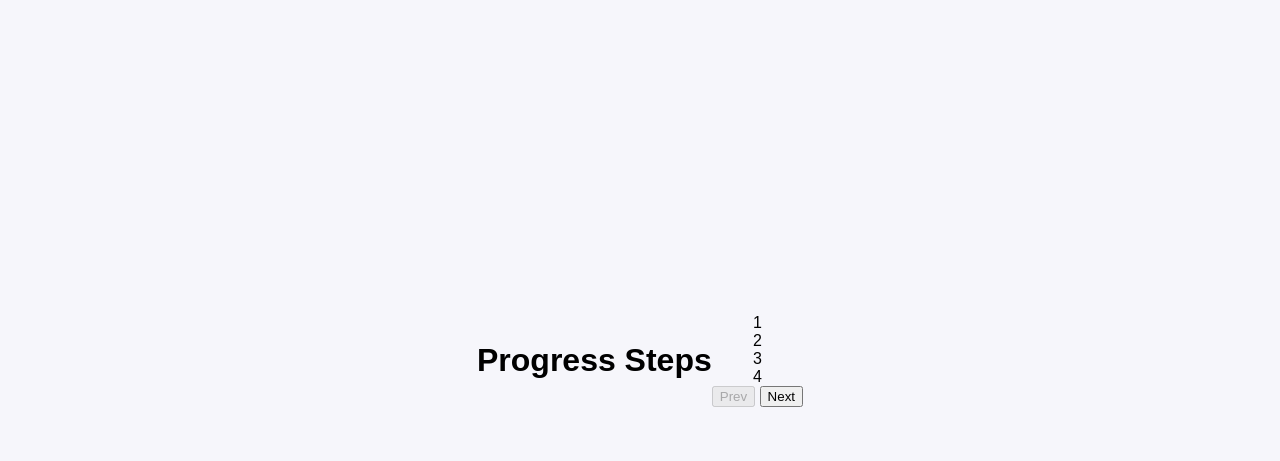
Repository: thecoachanna/progress-step-bar
Page: index.html
The author's editor kept a copy of each file at every save. The page is drawn from the files as they stood at one save, then again after a run of saves.
The browser window is 1280 px wide. The pictures show the whole page.
Some web fonts or font styles are not loaded; a fallback is used.

Above is the page before, as saved 2023-02-15 16:00:28.

### index.html
<!DOCTYPE html>
<html lang="en">
<head>
    <meta charset="UTF-8">
    <meta http-equiv="X-UA-Compatible" content="IE=edge">
    <meta name="viewport" content="width=device-width, initial-scale=1.0">
    <link rel="stylesheet" href="style.css">
    <title>Progress Steps</title>
</head>
<body>
    <h1>Progress Steps</h1>

    <div class="container">
        <div class="progress-container">
            <div class="progress" id="progress"></div>
            <div class="circle active">1</div>
            <div class="circle">2</div>
            <div class="circle">3</div>
            <div class="circle">4</div>
        </div>
        <button class="btn" id="prev" disabled>Prev</button>
        <button class="btn" id="next">Next</button>
    </div>


    <script src="script.js"></script>
</body>
</html>

### style.css
@import url('https://fonts.googleapis.com/css?family=Muli&display=swap');


* {
    box-sizing: border-box;
}

body {
    background-color: #f6f6fb;
    font-family: 'Muli', sans-serif;
    display: flex;
    align-items: center;
    justify-content: center;
    height: 100vh;
    overflow: hidden;
    margin: 0;
}

.container {
    text-align: center;
}

.progress-container {
    justify-content: space-between;
}

Loaded but not shown: script.js (no copy from this time; the picture is the same without it)

After the next 10 saves:
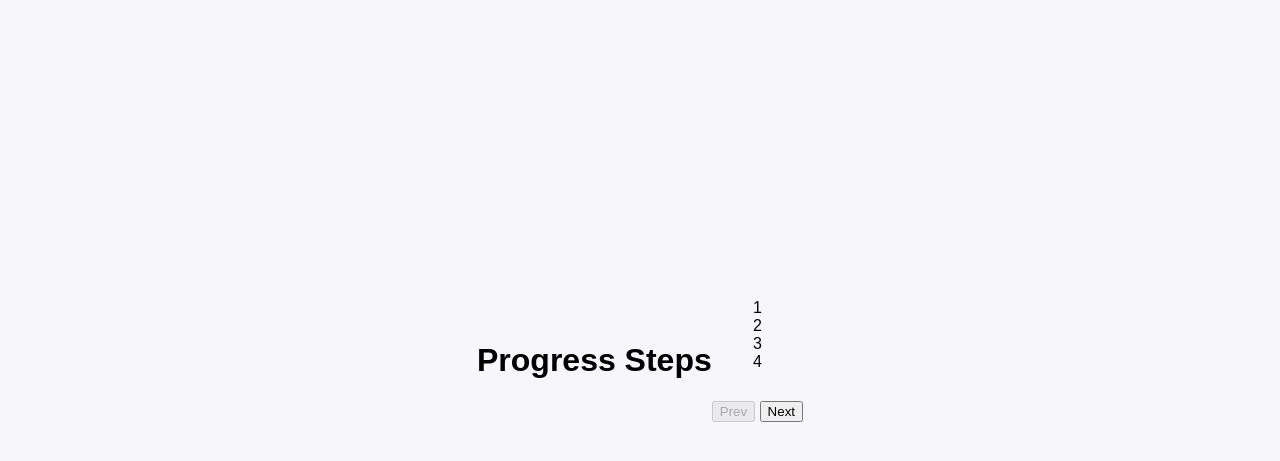
The 10 saves are shown as one change because they came seconds apart.
The last was saved 26 s later.
--- a/style.css
+++ b/style.css
@@ -22,4 +22,7 @@
 
 .progress-container {
     justify-content: space-between;
+    position: relative;
+    margin-bottom: 30px;
+    max-width: 100%;
 }
